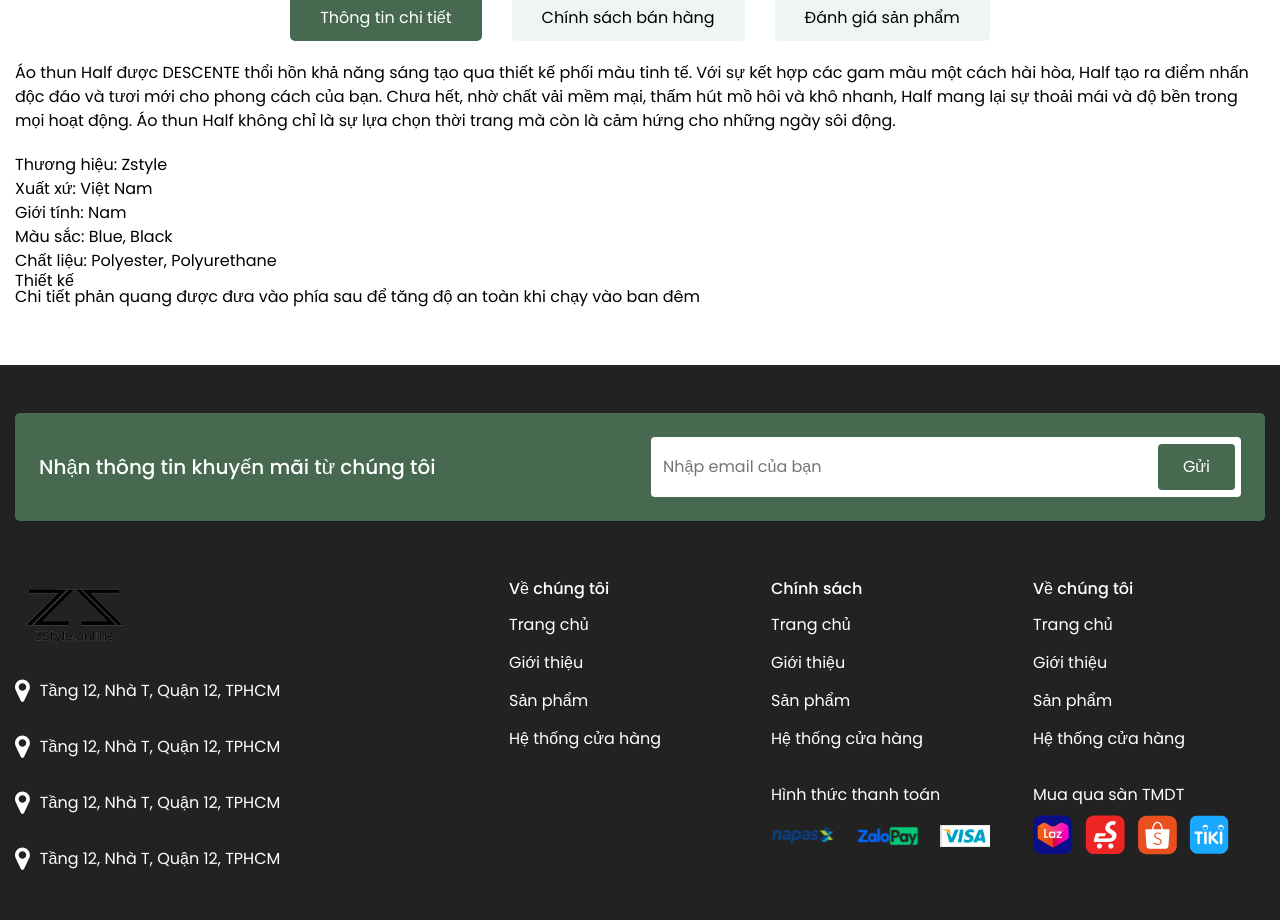
Repository: Toan3333/duanmau
Page: assets/pages/chitietsanpham.html
An editor plug-in stored every save of this project. The page is shown before and after the next save, followed by the edit.
The browser window is 1280 px wide. The pictures show the part of the page from y = 746 to 1698 px (the page is 1666 px tall before and 1698 px after).
A picture or video elsewhere on the page could not be fetched, so the positions and the page height are approximate. Some web libraries are served in a nearby version.

Above is the page before, as saved 2023-11-03 10:13:34.

After the next save:
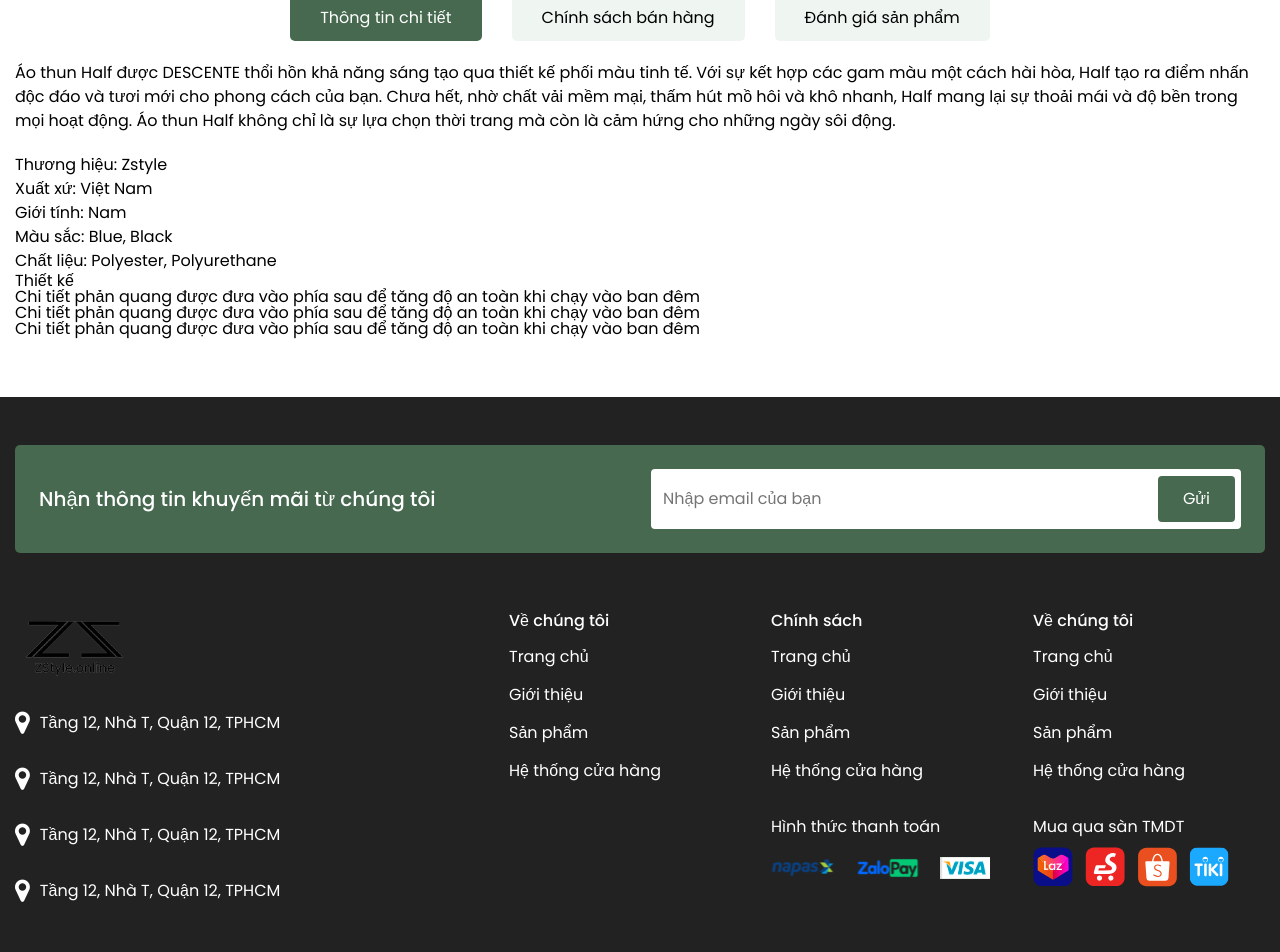
Saved 4 s later.
--- a/assets/pages/chitietsanpham.html
+++ b/assets/pages/chitietsanpham.html
@@ -183,6 +183,12 @@
               <li class="detail-design__item">
                 Chi tiết phản quang được đưa vào phía sau để tăng độ an toàn khi chạy vào ban đêm
               </li>
+              <li class="detail-design__item">
+                Chi tiết phản quang được đưa vào phía sau để tăng độ an toàn khi chạy vào ban đêm
+              </li>
+              <li class="detail-design__item">
+                Chi tiết phản quang được đưa vào phía sau để tăng độ an toàn khi chạy vào ban đêm
+              </li>
             </ul>
           </div>
         </div>
